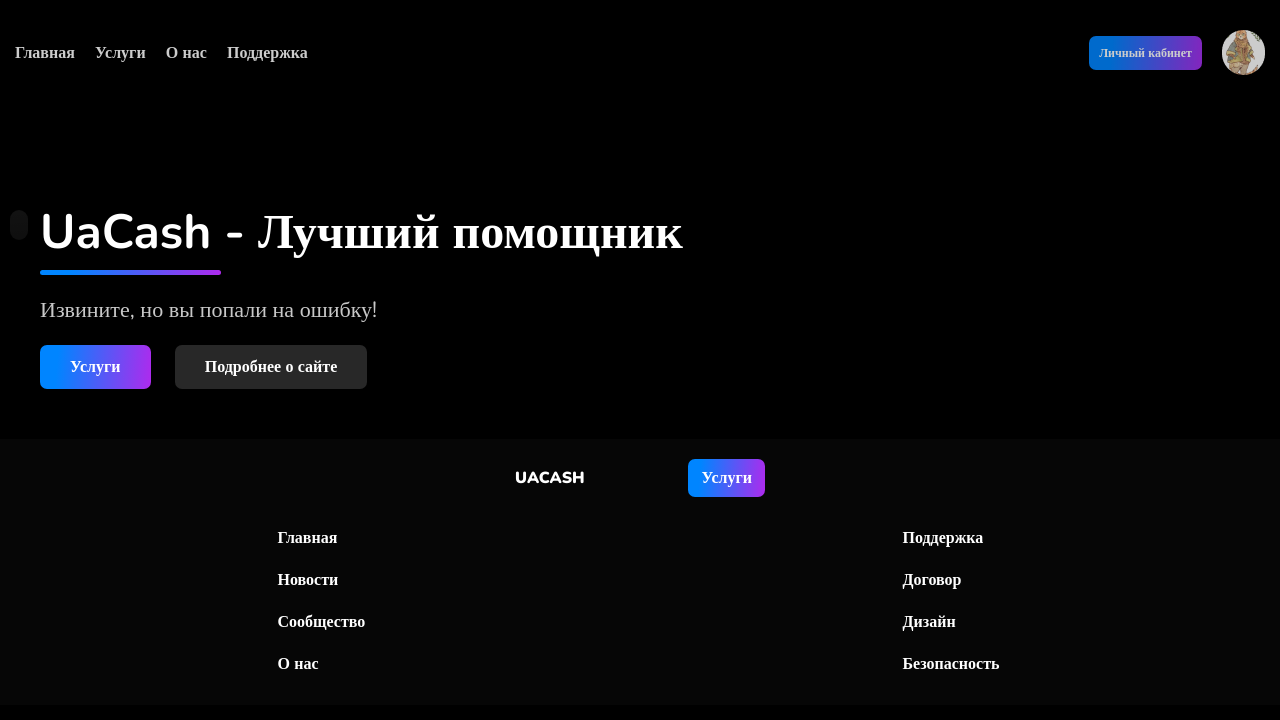
Repository: HunterAkeriano/ua-cash
Page: 404.html
An editor plug-in stored every save of this project. The page is shown before and after the next save, followed by the edit.
The browser window is 1280 px wide. The pictures show the whole page.
The style sheet was rebuilt from its Sass, Less or Tailwind sources for each picture, by a compiler version that may differ from the author's.

Above is the page before, as saved 2023-02-25 19:11:40.
Console error: ReferenceError: Swiper is not defined

### 404.html
<!DOCTYPE html>
<html lang="en">
<head>
    <meta charset="UTF-8">
    <meta http-equiv="X-UA-Compatible" content="IE=edge">
    <meta name="viewport" content="width=device-width, initial-scale=1.0">

    <link rel="stylesheet" href="css/style.css">
    <link rel="stylesheet" href="css/btn-reg.css">
    <link rel="stylesheet" href="css/media.css">
    <title>UA-Cash | Ошибка</title>
</head>
<body>

    <div id="page-preloader" class="preloader">

        <div class="loader">
            <div class="preloader-photo">
                <img src="img/favicon/favicon.svg" alt="">
            </div>
            <span id="load_perc">0%</span></div>
       </div>

    <div class="page">

        <header class="header">
            <div class="container">
                <div class="header__content">

                    <!-- burger -->
                    <div class="burger">
                        <span></span>
                        <span></span>
                        <span></span>
                    </div>

                    <!-- ccылки -->
                    <nav class="header__content-nav">
                        <a href="index.html">Главная</a>
                        <a href="#posugi">Услуги</a>
                        <a href="#">О нас</a>
                        <a href="#">Поддержка</a>
                    </nav>

                    <!-- авторизация -->
                    <div class="header__content-auth">
                        <a href="auth.html">Личный кабинет</a>
                        <img src="img/header/ava.png" alt="">
                    </div>
                </div>
            </div>
        </header>

        <section class="content">
            <div class="container">
                <div class="content__text">
                    <h1><span> UaCash </span> - Лучший помощник</h1>
                    <p>Извините, но вы попали на ошибку!</p>
                </div>
                <div class="content__btn">
                    <a class="one" href="#posugi">Услуги</a>
                    <a class="two" href="#">Подробнее о сайте</a>
                </div>

            </div>
           </section>

           <footer class="footer footer-error">
            <div class="container">
                <div class="footer__top">
                    <h5>UACASH</h5>
                    <a href="#posugi">Услуги</a>
                </div>
                <div class="footer__content">
                    <nav class="nav__link">
                        <a href="index.html">Главная</a>
                        <a href="https://t.me/uacash_news" target="_blank">Новости</a>
                       <a href="https://t.me/uacash_public" target="_blank">Сообщество</a>
                        <a href="#">О нас</a>
                    </nav>
                    <nav class="nav__link">
                        <a href="index.html">Поддержка </a>
                        <a href="#">Договор</a>
                        <a href="https://t.me/lvkhd" target="_blank">Дизайн</a>
                        <a href="#">Безопасность</a>
                    </nav>
                </div>
            </div>
           </footer>

    </div>

<script src="js/script.js"></script>
<script src="js/preloader.js"></script>
</body>
</html>

### css/btn-reg.css
.reg__right .reg__container .btn{
    display: flex;
    align-items: center;
    justify-content: space-between;
    margin-top: 50px;
}

.reg__right .reg__container .btn a{
    margin-top: 0;
}
.reg__right .reg__container .btn a:nth-child(2){
    background: #1b1a1a;
}
@media(max-width: 800px){
    .reg__right .reg__container .btn{
        flex-direction: column;
        align-items: center;
        margin-top: 20px;
    }
    .reg__right .reg__container .btn a:nth-child(2){
        margin-top: 20px;
    }
}

### css/media.css
/* свайпер */
@media(max-width: 1072px){
    .swiper .swiper-container .swiper-wrapper .img-block{
        top: -50px;
        left: 0px
    }
}
@media(max-width: 970px){
    .swiper .swiper-container .swiper-wrapper .back{
        margin-top: 0;
    }
    .swiper .swiper-container .swiper-wrapper .swiper-slide{
        width: 100%;
        max-width: 100%;
    }
    .swiper .swiper-container .swiper-wrapper{
        flex-wrap: nowrap;
    }
    .swiper .swiper-container .swiper-wrapper .three .two-text{
        margin-top: 80px;
    }


}


@media(max-width: 500px){
    .swiper .swiper-container .swiper-wrapper .swiper-slide h3{
        font-size: 18px;
    }
    .swiper .swiper-container .swiper-wrapper .swiper-slide h5,
    .swiper .swiper-container .swiper-wrapper .swiper-slide .text-text{
        font-size: 16px;
    }
    .swiper .swiper-container .swiper-wrapper .swiper-slide .text-info{
        font-size: 12px;
    }
    .swiper .swiper-container .swiper-wrapper .img-block{
        width: 50px;
        height: 50px;
        top: 0;
    }
    .swiper .swiper-container .swiper-wrapper .img-block img{
        width: 100%;
        max-width: 100%;
    }
}
@media(max-width: 430px){
    .swiper .swiper-container .swiper-wrapper .swiper-slide .input-card input,
    .swiper .swiper-container .swiper-wrapper .swiper-slide .input-sum input{
        font-size: 12px;
    }
    .swiper .swiper-container .swiper-wrapper .swiper-slide a {
        font-size: 13px;
    }
    .swiper .swiper-container .swiper-wrapper .swiper-slide a{
        margin-top: 30px;
    }
}



/* burger menu */
@media(max-width: 768px){
    .header{
        padding: 15px 0px;
    }
    .header__content .burger{
        display: block;
    }
    .header__content-nav{
        position: absolute;
        left: -100%;
        top: 70px;
        width: 100%;
        height: calc(100vh - 70%);
        background-color: black;
        transition: all .3s;
        display: flex;
        flex-direction: column;
    }
    .header__content-nav.active{
        left: 0;
        text-align: center;
        overflow: scroll;
    }
    .header__content-nav.active a{
        margin: 0;
        margin: 20px 0px;
    }
    .burger.active span:nth-child(2){
        opacity: 0;
    }
    .burger.active span:nth-child(1){
        transform: translateY(8px) rotate(45deg);
    }
    .burger.active span:nth-child(3){
        transform: translateY(-8px) rotate(-45deg);
    }
    .content{
        margin-top: 100px;
    }
}

/* сontent */
@media(max-width: 725px){
    .content__text h1{
        font-size: 21px;
        line-height: 16px;
    }
    .content__text p {
        font-size: 18px;
        max-width: 300px;
    }
    .content__text::after{
        top: 0
    }
}
@media(max-width: 486px){
    .search__input input::placeholder{
        font-size: 12px;
        line-height: 5px;
    }
}
@media(max-width: 460px){
    .content__text h1{
        font-weight: 700;
        font-size: 18px;
        line-height: 16px;
    }
    .content__text p{
        font-weight: 400;
        font-size: 12px;
        max-width: 200px;
        line-height: 20px;
    }

    .content__btn .one,
    .content__btn .two{
        padding: 5px 20px;
        font-size: 12px;
        border-radius: 20px;
    }
    .content__btn .one{
        margin-right: 10px;
    }
    .search{
        margin-top: 40px;
    }
}


/* регистрация */

@media(max-width: 800px){
    .reg__right .reg__container h3{
        font-size: 32px;
    }
    .reg__right{
        width: 90%;
    }
}
@media(max-width: 700px){
    .reg__right .reg__container .forms{
        max-width: 300px;
    }
    .reg__right{
        padding-right: 20px;
        width: 100%;
    }
    .reg__right .reg__container h3{
        font-size: 20px;
    }
    .reg__right .reg__container .inp input{
        padding: 10px 5px;
        padding-left: 10px;
    }
    .reg__right .reg__container .forms{
        margin: 0 auto;
    }
    .reg__right .reg__container{
        margin: 0;
    }
}
@media(max-width: 500px){
    .reg__right{
        margin-left: 0px;
        width: 100%;
        padding: 0;
        clip-path: polygon(0 0, 100% 0, 100% 100%, 0 100%);
    }
    .reg__left{
        width: 0;
    }
    .reg__right .reg__container{
        margin: 0 auto;
        padding: 0 15px;
        width: 100%;
    }
    .reg{
        height: 500px;
    }

}

/* оплата */
@media(max-width: 860px){
    .payment__card-form .form{
        flex-direction: column;
        align-items: center;
    }
    .payment__card-form  img{
        width: 100%;
        max-width: 100%;
    }
    .payment__card-form .form .form-left {
        margin-top: 40px;
    }
    .payment__card-form .form .form-left{
        width: 100%;
    }
    .payment__card-form{
        margin-top: 50px;
    }
    .payment__card-info{
        flex-direction: column-reverse;
        align-items: center;
    }

    .payment__card.requis .forms{
        flex-direction: column;
        align-items: center;
    }
    .payment__card.requis .forms .forms-info{
        width: 100%;
    }
    .payment__card.requis .forms .forms-info:nth-child(2){
        margin-top: 20px;
    }
}
@media(max-width: 500px){
    .payment__card-text h3{
        font-size: 18px;
    }
    .payment__card-text:after{
        left: 0px;
    }
}


/* Диаграмм */
@media(max-width: 900px){
    .diagrams__content{
        flex-direction: column;
        align-items: center;
    }
    .diagrams__content-left,
    .diagrams__content-right{
        width: 100%;
    }
    .diagrams__content-right{
        margin-top: 20px;
    }
}

@media(max-width: 450px){
    .diagrams__content-left{
        flex-direction: column;
    }
    .diagrams__content-left .chart-container{
        margin-top: 20px;
        max-width: 150px;
    }
    .diagrams__content-right ol li{
        font-size: 12px;
    }
}

Loaded but not shown: js/script.js (87 lines, source omitted); js/preloader.js (26 lines, source omitted); css/style.scss (1059 lines, source omitted)

After the next save:
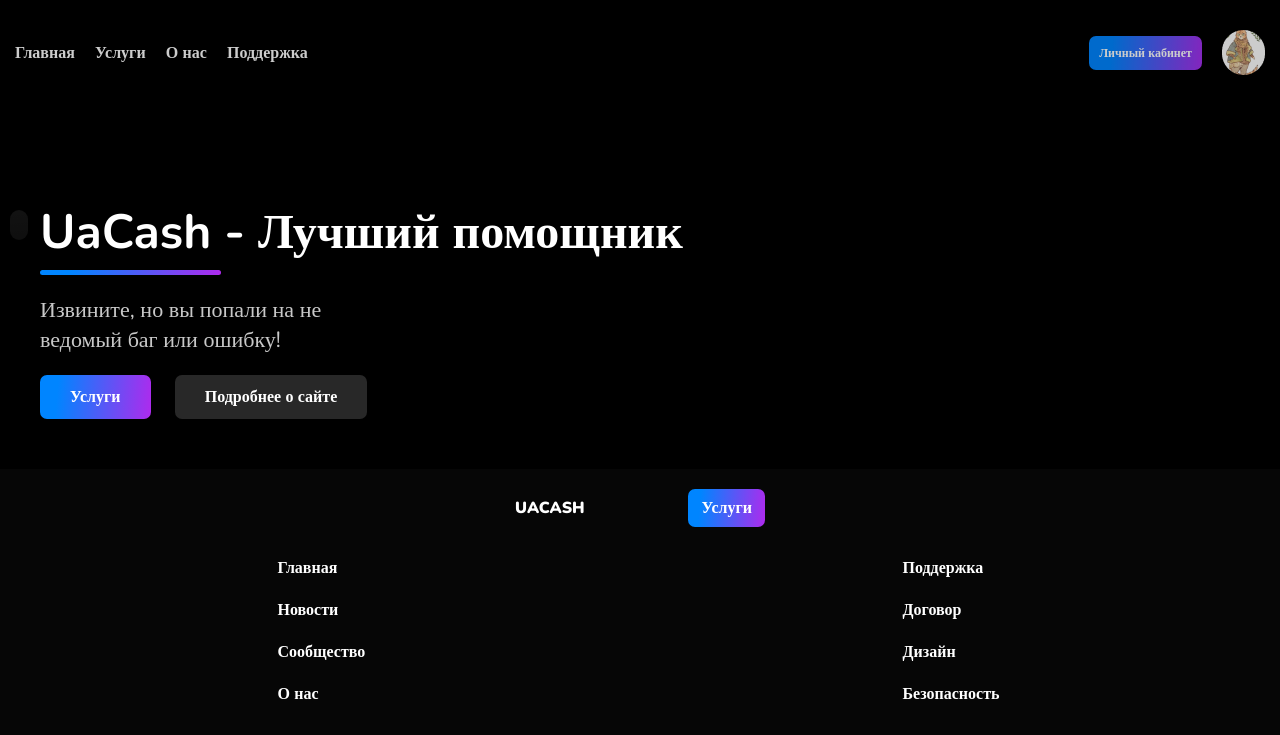
Saved 13 s later.
--- a/404.html
+++ b/404.html
@@ -55,7 +55,7 @@
             <div class="container">
                 <div class="content__text">
                     <h1><span> UaCash </span> - Лучший помощник</h1>
-                    <p>Извините, но вы попали на ошибку!</p>
+                    <p>Извините, но вы попали на не ведомый баг или ошибку!</p>
                 </div>
                 <div class="content__btn">
                     <a class="one" href="#posugi">Услуги</a>
